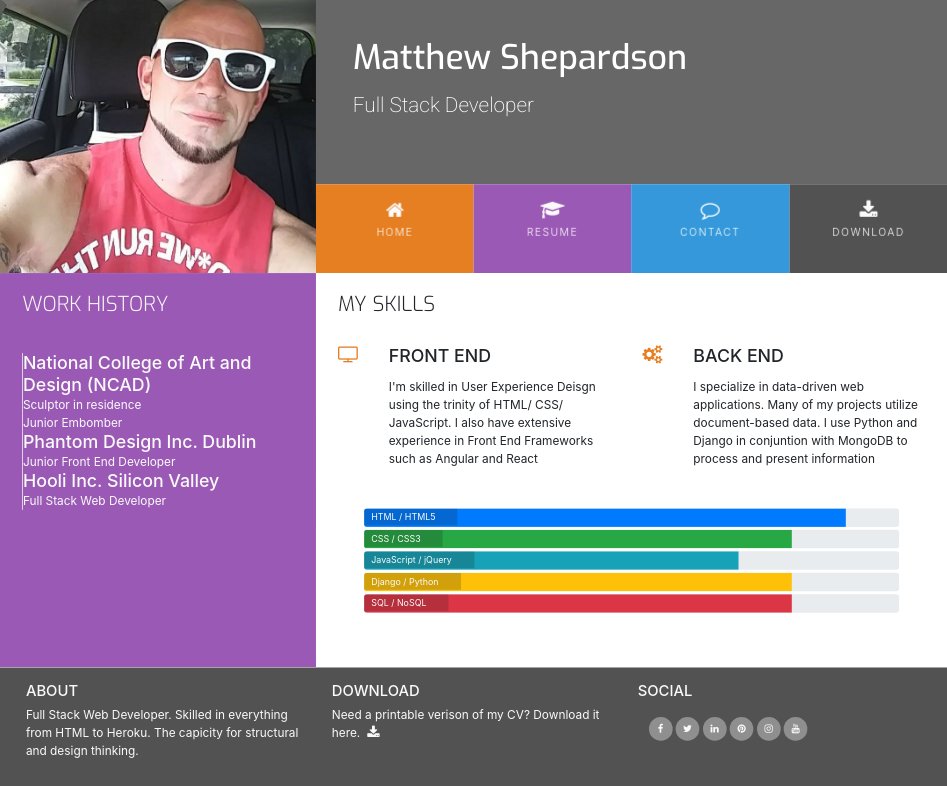
Repository: mshep6517/resume-project
Page: resume.html
The author's editor kept a record of every edit. The page is drawn from the files as they stood at one moment, then again after the next edit.
The browser window is 1280 px wide. The pictures show the whole page, at 74% of full size.
Some web libraries are served in a nearby version.

Above is the page before.

After the next edit:
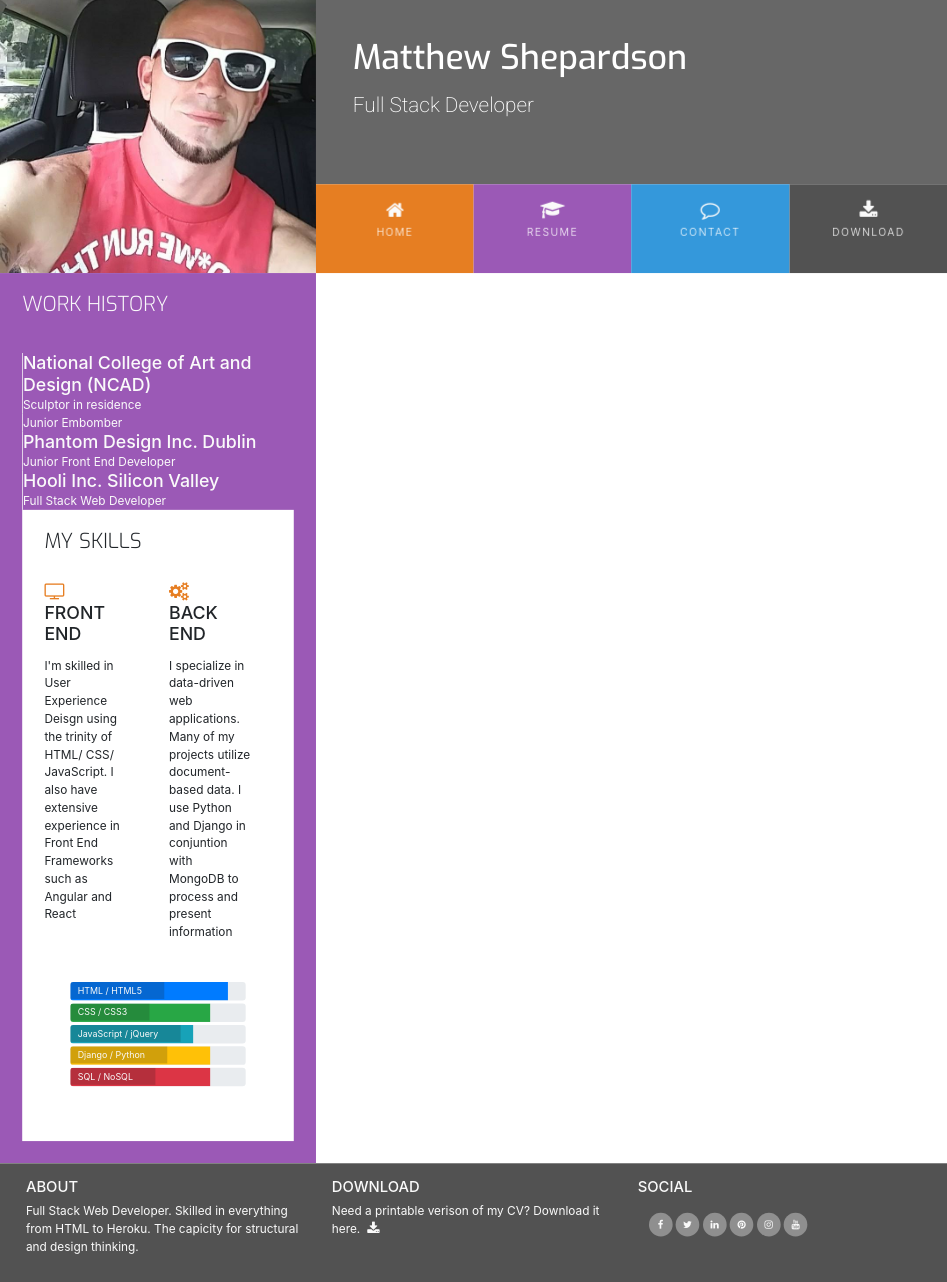
The edit:
--- a/resume.html
+++ b/resume.html
@@ -54,6 +54,7 @@
                         </h3>
                     </div>
                 </div>
+                <div class="hitory-items">
                 <div class="timeline-item" data-dates="02/1998 - 04/2004">
                     <h4>National College of Art and Design (NCAD)</h4>
                     <p>Sculptor in residence</p>

After the edit that followed:
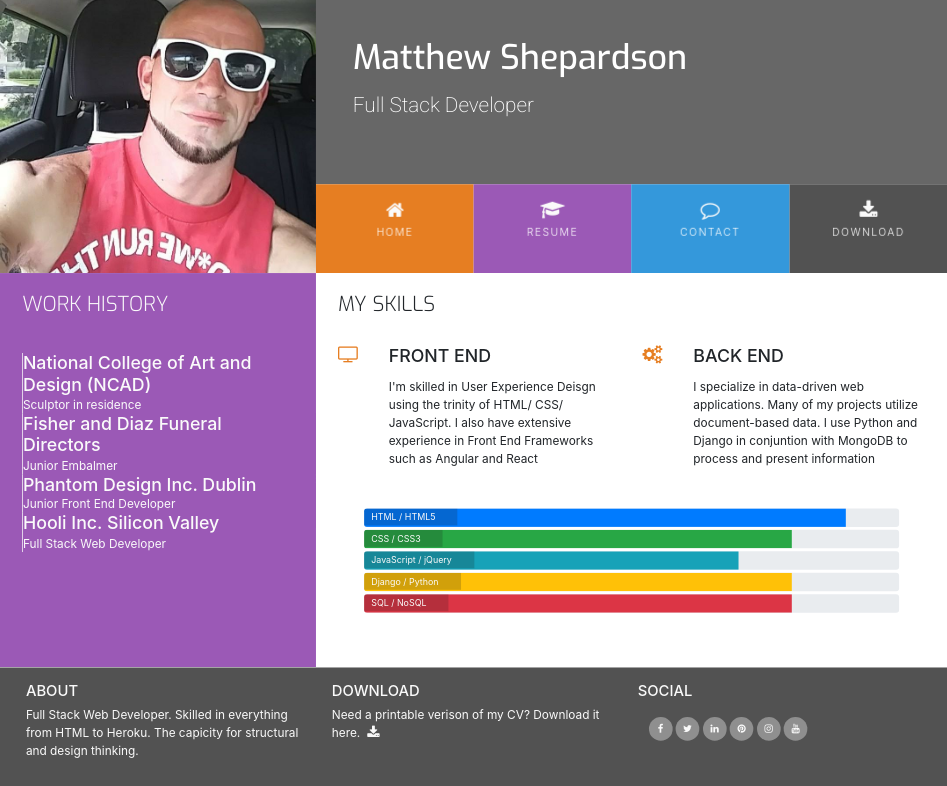
The edit:
--- a/resume.html
+++ b/resume.html
@@ -54,22 +54,23 @@
                         </h3>
                     </div>
                 </div>
-                <div class="hitory-items">
-                <div class="timeline-item" data-dates="02/1998 - 04/2004">
-                    <h4>National College of Art and Design (NCAD)</h4>
-                    <p>Sculptor in residence</p>
-                </div>
-                <div class="timeline-item" data-dates="04/2004 - 06/2008">
-                    <h4Fisher and Diaz Funeral Director</h4>
-                    <p>Junior Embomber</p>
-                </div>
-                <div class="timeline-item" data-dates="06/2008 - 06/2011">
-                    <h4>Phantom Design Inc. Dublin</h4>
-                    <p>Junior Front End Developer</p>
-                </div>
-                <div class="timeline-item" data-dates="06/2011 - Present">
-                    <h4>Hooli Inc. Silicon Valley</h4>
-                    <p>Full Stack Web Developer</p>
+                <div class="history-items">
+                    <div class="timeline-item" data-dates="02/1998 - 04/2004">
+                        <h4>National College of Art and Design (NCAD)</h4>
+                        <p>Sculptor in residence</p>
+                    </div>
+                    <div class="timeline-item" data-dates="04/2004 - 06/2008">
+                        <h4>Fisher and Diaz Funeral Directors</h4>
+                        <p>Junior Embalmer</p>
+                    </div>
+                    <div class="timeline-item" data-dates="06/2008 - 06/2011">
+                        <h4>Phantom Design Inc. Dublin</h4>
+                        <p>Junior Front End Developer</p>
+                    </div>
+                    <div class="timeline-item" data-dates="06/2011 - Present">
+                        <h4>Hooli Inc. Silicon Valley</h4>
+                        <p>Full Stack Web Developer</p>
+                    </div>
                 </div>
             </div>
             <div class="col-md-8 bg-color-three-reasons section-column">
@@ -87,9 +88,7 @@
                             <div class="col-10">
                                 <h4 class="threee-reasons-heading uppercase">Front End</h4>
                                 <p>
-                                    I'm skilled in User Experience Deisgn using the trinity of HTML/ CSS/ JavaScript.
-                                    I also have extensive experience in Front End Frameworks such as Angular
-                                    and React
+                                    I'm skilled in User Experience Deisgn using the trinity of HTML/ CSS/ JavaScript. I also have extensive experience in Front End Frameworks such as Angular and React
                                 </p>
                             </div>
                         </div>
@@ -102,9 +101,7 @@
                             <div class="col-10">
                                 <h4 class="threee-reasons-heading uppercase">Back End</h4>
                                 <p>
-                                    I specialize in data-driven web applications. Many of my projects utilize
-                                    document-based data. I use Python and Django in conjuntion with MongoDB
-                                    to process and present information
+                                    I specialize in data-driven web applications. Many of my projects utilize document-based data. I use Python and Django in conjuntion with MongoDB to process and present information
                                 </p>
                             </div>
                         </div>
